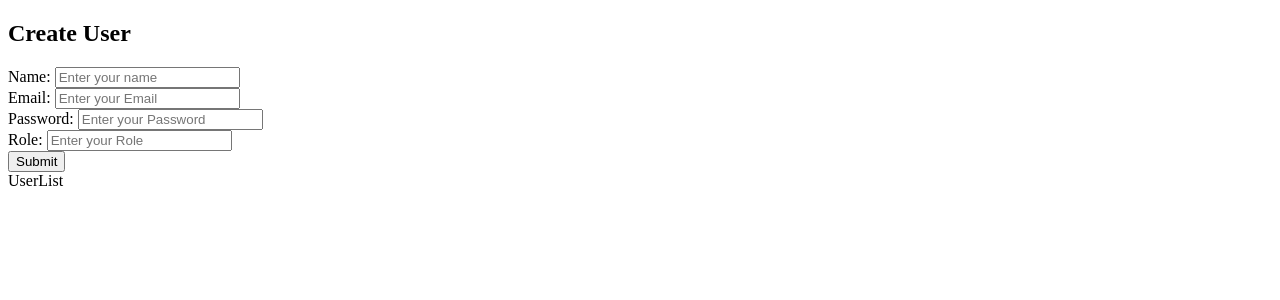
Repository: bharathabhi46/SkillSync-FrontEnd
Page: /
The author's editor kept a copy of each file at every save. The page is drawn from the files as they stood at one save, then again after the next save.
The browser window is 1280 px wide. The pictures show the whole page.
The project was rebuilt for these pictures with package versions that can differ from the ones it lists, and the page was loaded fresh each time. Also part of the build but not shown: vite.config.js.

Above is the page before, as saved 2025-06-05 17:41:26.

After the next save:
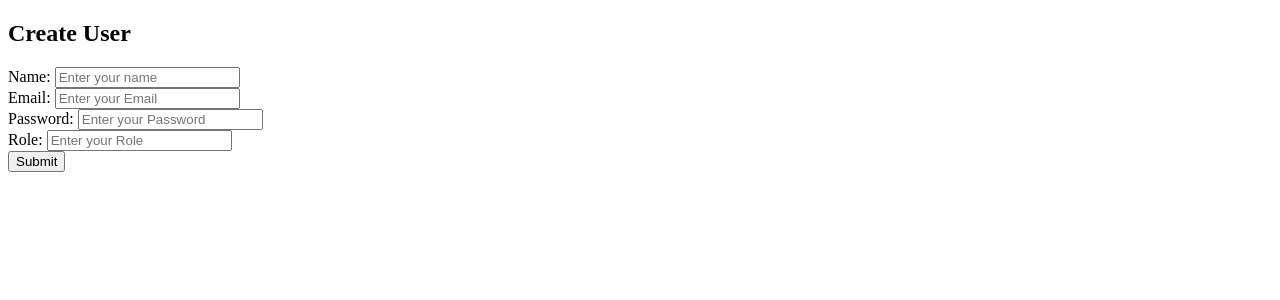
Saved 49 s later.
--- a/src/Components/UserList/UserList.jsx
+++ b/src/Components/UserList/UserList.jsx
@@ -3,8 +3,10 @@ import React, { useState, useEffect } from "react";
 const UserList = () => {
   let url = "http://localhost:8080/api/users";
   let [usersList, setUsersList] = useState([]);
-
-  return <div>UserList</div>;
+  async function fetchUsers(url) {
+    let data = await fetch(url);
+  }
+  return <div></div>;
 };
 
 export default UserList;
